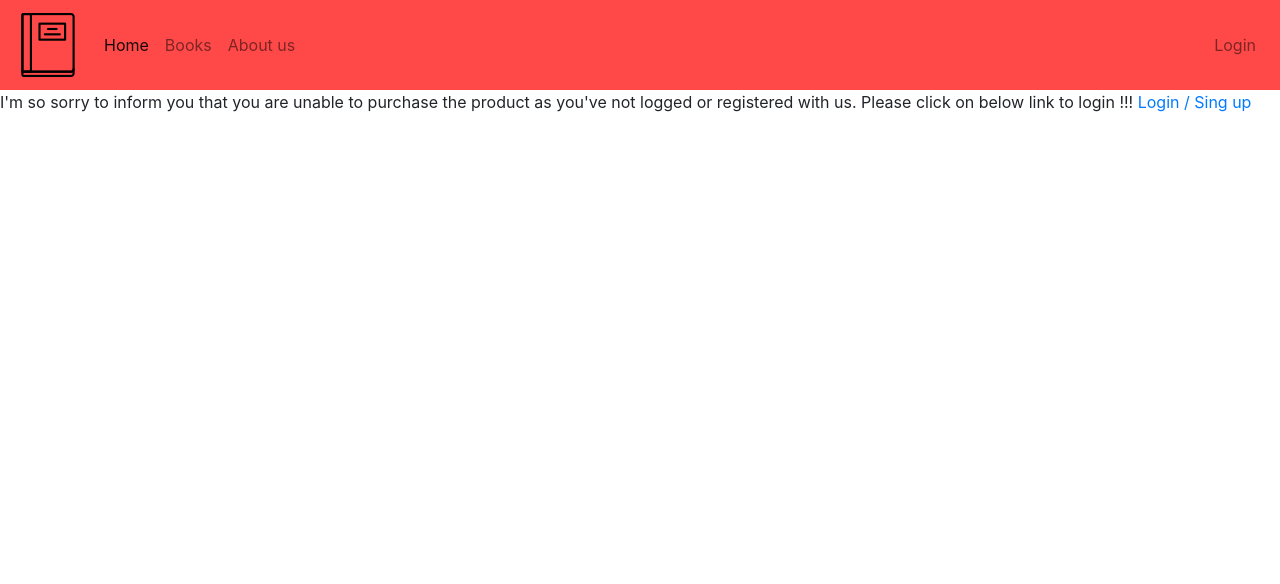
Repository: abhishekgandhi2398/BookStore
Page: http://localhost/BookStore/usernotlogin.jsp
These files come from the project's save history. The page is drawn as it stood at one moment and after the next save; the edit follows.
The browser window is 1280 px wide. The pictures show the whole page.
The page is served by Tomcat 9. Other server files are loaded and not shown.

Above is the page before, as saved 2019-12-07 08:25:21.
Console error (its wording comes from the project's code and is left out).

### ProjectJava/BookStore/WebContent/usernotlogin.jsp
<%@ page language="java" contentType="text/html; charset=ISO-8859-1"
    pageEncoding="ISO-8859-1"%>
<!DOCTYPE html>
<html>
<head>
<meta charset="ISO-8859-1">
<title>Insert title here</title>

<link rel="stylesheet" href="https://stackpath.bootstrapcdn.com/bootstrap/4.4.0/css/bootstrap.min.css">
<script src="https://stackpath.bootstrapcdn.com/bootstrap/4.4.0/js/bootstrap.min.js" ></script>


</head>
<body>



<nav class="navbar navbar-expand-lg navbar-light" style="background-color: #FF4948">
  <img src="img/logo.png" class="navbar-brand">
  <button class="navbar-toggler" type="button" data-toggle="collapse" data-target="#navbarTogglerDemo02" aria-controls="navbarTogglerDemo02" aria-expanded="false" aria-label="Toggle navigation">
    <span class="navbar-toggler-icon"></span>
  </button>

  <div class="collapse navbar-collapse" id="navbarTogglerDemo02">
    <ul class="navbar-nav mr-auto mt-2 mt-lg-0">
      <li class="nav-item active">
        <a class="nav-link" href="1.jsp">Home <span class="sr-only">(current)</span></a>
      </li>
      <li class="nav-item">
        <a class="nav-link" href="User_Products.jsp">Books</a>
      </li>
      <li class="nav-item">
        <a class="nav-link" href="#">About us</a>
      </li>
    </ul>

    <form class="form-inline my-2 my-lg-0">
        <ul class="navbar-nav mr-auto mt-2 mt-lg-0">

     <%
String q=(String)session.getAttribute("mobno");

if(q==null)
{
     %>
       <li class="nav-item">
        <a class="nav-link" href="ulogin.jsp">Login</a>
      </li>
<%}
else
{ %>
      <li class="nav-item">
        <a class="nav-link" href="vc.jsp">View Cart</a>
      </li>
      <li class="nav-item">
        <a class="nav-link" href="vieworderuser.jsp">View Orders</a>
      </li>
        <li class="nav-item">
        <a class="nav-link" href="ulogout.jsp">Logout</a>
      </li>

  <%      }


%>
      </ul>


    </form>
  </div>
</nav>






I'm so sorry to inform you that you are unable to purchase the product as you've not logged or registered with us.

Please click on below link to login !!!

<a href="ulogin.jsp">Login / Sing up</a>



</body>
</html>

After the next save:
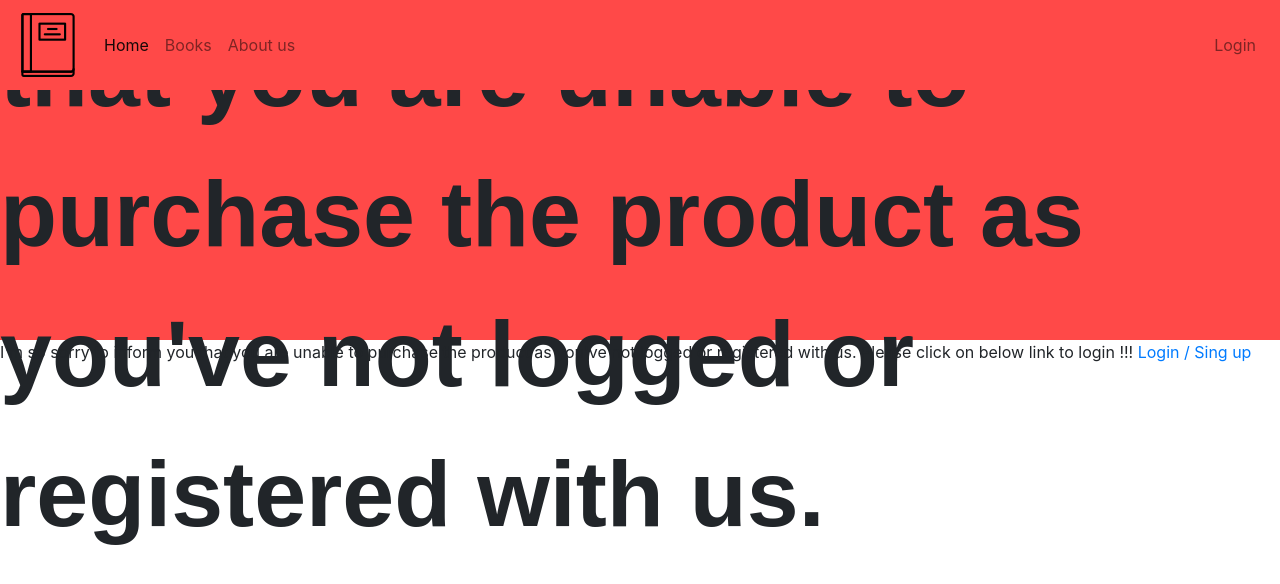
Saved 22 s later.
--- a/ProjectJava/BookStore/WebContent/usernotlogin.jsp
+++ b/ProjectJava/BookStore/WebContent/usernotlogin.jsp
@@ -73,6 +73,11 @@ else
 
 
 
+<div style="background-color: #FF4948; height: 250px; width: 100%;" class="d-flex justify-content-center  align-items-center">
+
+		<b style="font-family: sans-serif; font-size: 70pt;">I'm so sorry to inform you that you are unable to purchase the product as you've not logged or registered with us.</b>
+
+</div>
 
 
 I'm so sorry to inform you that you are unable to purchase the product as you've not logged or registered with us.
